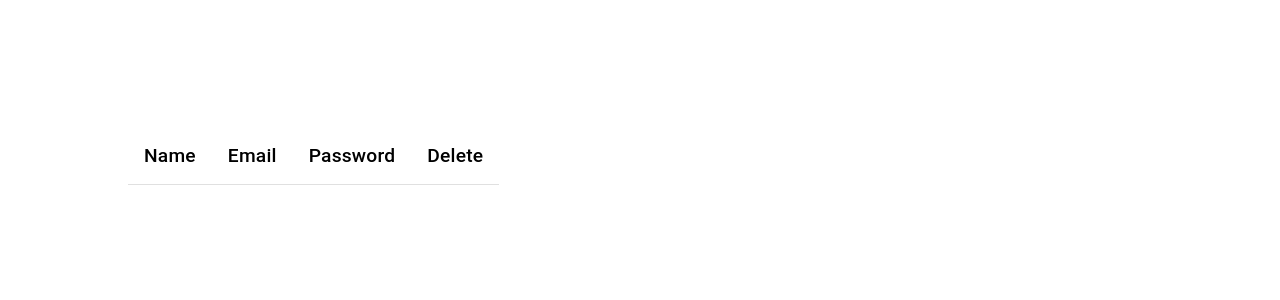
Repository: lalji-yadav/Register-Login-and-CRUD-using-token-and-Without-token-based
Page: /table
An editor plug-in stored every save of this project. The page is shown before and after the next save, followed by the edit.
The browser window is 1280 px wide. The pictures show the whole page.
The page's requests for data from a server got no answer. The project was rebuilt for these pictures with package versions that can differ from the ones it lists, and the page was loaded fresh each time. No one was signed in, and anything a server would have sent is missing. Also part of the build but not shown: src/App.css, src/auth/login.js, src/auth/register.js, src/components/reg.js.

Above is the page before, as saved 2021-02-02 20:58:05.

### src/App.js
import './App.css';
import Login from "./auth/login";
import Register from "./auth/register";
import Reg from "./components/reg";
import Table from "./components/table";
import {
  BrowserRouter as Router,
  Switch,
  Route
} from "react-router-dom";

function App() {
  return (
    <div>
      <Router>
        <Switch>
           <Route exact path="/" component={Register} />
           <Route exact path="/loginss" component={Login} />
           <Route exact path="/reg" component={Reg} />
           <Route exact path="/table" component={Table} />
        </Switch>
      </Router>
       {/* <Register /> */}
       {/* <Login /> */}
       {/* <Reg /> */}
    </div>
  );
}

export default App;

### src/components/table.js
import React,{useState, useEffect} from 'react';
import { Table,TableHead,TableRow,TableCell,TableBody,Button } from "@material-ui/core";
import axios from "axios";


const Tables = () => {
    const [data, setData] = useState([]);

    useEffect(() => {
        axios.get('http://localhost:3000/user').then((res) => {
             console.log(res)
            setData(res.data);
           // console.log(res.data);
        }).catch((error) => {
            console.log(error);
        });
    }, []);

    return (
        <div style={{padding:'10%'}}>
             <Table aria-label="simple table">
                    <div className="scroll-tab">

                    <TableHead>
                        <TableRow>
                            <TableCell style={{ fontSize: "1.5vw", color: "black" }}
                             align="center">Name</TableCell>
                            <TableCell style={{ fontSize: "1.5vw", color: "black" }}
                            align="center">Email</TableCell>
                            <TableCell style={{ fontSize: "1.5vw", color: "black" }}
                            align="center">Password</TableCell>
                            <TableCell style={{ fontSize: "1.5vw", color: "black" }}
                            align="center">Delete</TableCell>
                        </TableRow>
                    </TableHead>

                    <TableBody>
                        {data.map((item, row) => (
                            <TableRow key={row.id}>
                                <TableCell style={{ fontSize: "1.3vw" }} align='center'>
                                    {item.name}
                                </TableCell>

                                <TableCell style={{ fontSize: "1.3vw" }} align="center">{item.email}
                                </TableCell>

                                <TableCell style={{ fontSize: "1.3vw" }} align="center">{item.mobile}
                                </TableCell>

                                {/* <TableCell style={{ fontSize: "1.3vw" }} align="center">
                                    {item.completed ? "True" : "False"}
                                </TableCell> */}

                                <TableCell style={{ fontSize: "1.3vw" }} align="center">
                                    <Button style={{ fontSize: "1vw" }}
                                    variant="contained"
                                     color="secondary">Delete</Button>
                                </TableCell>
                            </TableRow>
                        ))}
                    </TableBody>

                    </div>
                </Table>
        </div>
    );
};

export default Tables;

Loaded but not shown: public/index.html (common file); src/index.js (common file); src/index.css (common file); src/reportWebVitals.js (common file)

After the next save:
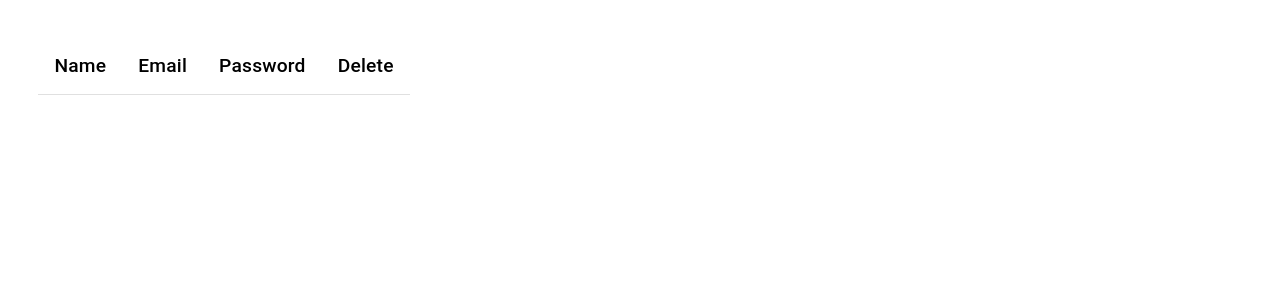
Saved 21 s later.
--- a/src/components/table.js
+++ b/src/components/table.js
@@ -17,7 +17,7 @@ const Tables = () => {
     }, []);
 
     return (
-        <div style={{padding:'10%'}}>
+        <div style={{padding:'3%'}}>
              <Table aria-label="simple table">
                     <div className="scroll-tab">
 
